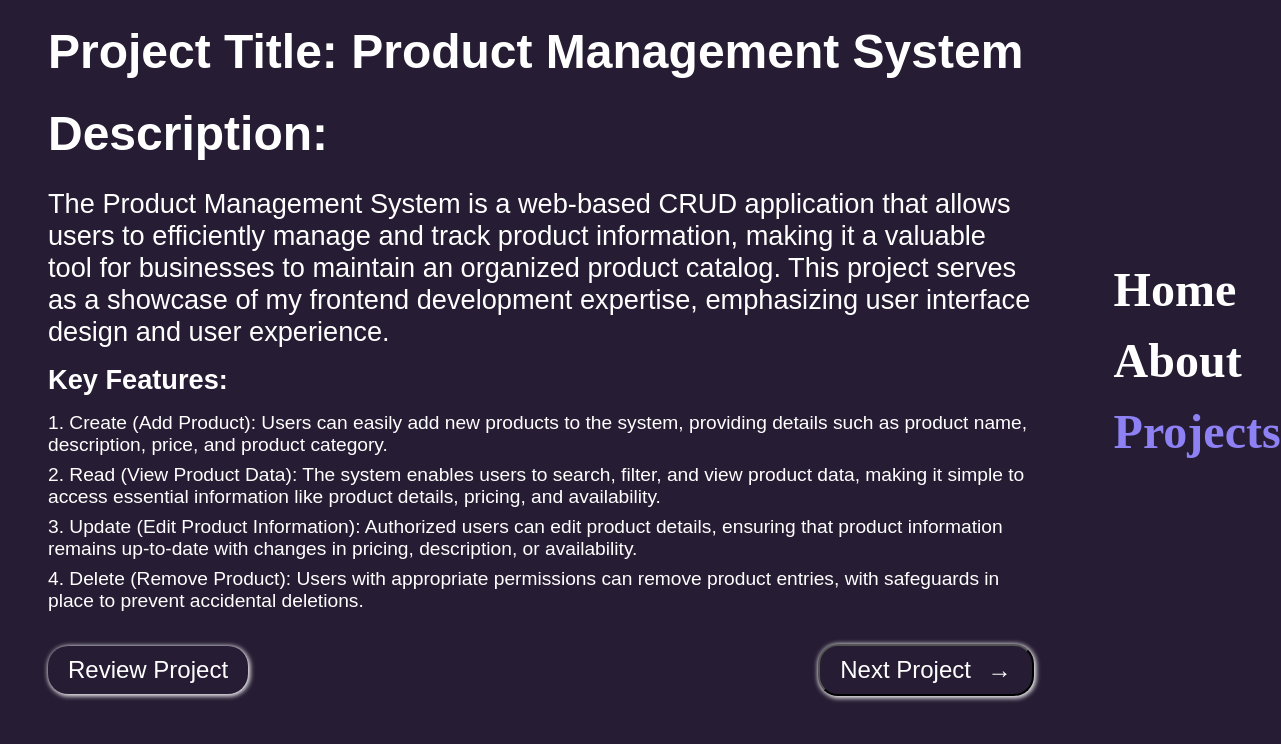
Repository: ahamdy997/portfolio
Page: /projects
An editor plug-in stored every save of this project. The page is shown before and after the next save, followed by the edit.
The browser window is 1280 px wide. The page is 1281 px wide, so the pictures cover 1281 px, including what lies to the right of the window. The pictures show the whole page.
The project was rebuilt for these pictures with package versions that can differ from the ones it lists, and the page was loaded fresh each time. Also part of the build but not shown: vue.config.js, src/components/HelloWorld.vue, src/views/HomeView.vue.

Above is the page before, as saved 2023-11-06 02:01:13.

### src/App.vue
<template>
  <div class="flex">
    <router-view />
    <header>
      <nav>
        <router-link to="/">Home</router-link>
        <router-link to="/about">About</router-link>
        <router-link to="/projects">Projects</router-link>
      </nav>
    </header>
  </div>
</template>

<style>
* {
  box-sizing: border-box;
  padding: 0;
  margin: 0;
}
#app {
  width: 100%;
  height: 100vh;
  display: flex;
  align-items: center;
  justify-content: space-between;
  text-align: center;
}
.flex {
  display: flex;
  align-items: center;
  justify-content: space-between;
  padding: 3rem;
  gap: 5rem;
  width: 100%;
}
header {
  font-size: 1.7rem;
  width: 10%;
}

nav {
  text-align: center;
  display: flex;
  flex-direction: column;
  gap: 1rem;
  margin-right: 1.5rem;
}
body {
  font-family: sans-serif;
  background: #261c33;
  /* background: yellow; */
  color: #fff;
}
nav a {
  font-family: serif;
  font-weight: bold;
  color: #fff;
  text-decoration: none;
  font-size: 3rem;
  transition: all 0.2s;
}
nav a:hover {
  font-style: italic;
  transform: translateX(10px);
}

nav a.router-link-exact-active {
  color: #8d81f3;
}
</style>

### src/router/index.js
import { createRouter, createWebHistory } from "vue-router";
import HomeView from "../views/HomeView.vue";

const routes = [
  {
    path: "/",
    name: "home",
    component: HomeView,
  },
  {
    path: "/about",
    name: "about",
    // route level code-splitting
    // this generates a separate chunk (about.[hash].js) for this route
    // which is lazy-loaded when the route is visited.
    component: () =>
      import(/* webpackChunkName: "about" */ "../views/AboutView.vue"),
  },
  {
    path: "/projects",
    name: "project",
    // route level code-splitting
    // this generates a separate chunk (about.[hash].js) for this route
    // which is lazy-loaded when the route is visited.
    component: () =>
      import(/* webpackChunkName: "about" */ "../views/ProjectView.vue"),
  },
];

const router = createRouter({
  history: createWebHistory(process.env.BASE_URL),
  routes,
});

export default router;

### src/views/ProjectView.vue
<template>
  <div>
    <component :is="component"></component>
    <div class="view">
      <a href="https://ahamdy997.github.io/CRUDS-System/" target="_blank"
        >Review Project</a
      >
      <div class="control">
        <button type="button" @click="controlComponent">
          Next Project <span>&rarr;</span>
        </button>
      </div>
    </div>
  </div>
</template>
<style scoped>
.view {
  display: flex;
  justify-content: space-between;
  align-items: center;
}
button,
a {
  background-color: #261c33;
  margin-top: 1.5rem;
  padding: 10px 20px;
  color: white;
  box-shadow: 1px 1px 5px 1px white;
  border-radius: 20px;
  cursor: pointer;
  text-decoration: none;
  transition: all 0.5s;
  /* font-weight: bold; */
  font-size: 1.5rem;
}
button:hover {
  transform: translateX(10px);
}
a:hover {
  transform: translateY(5px);
}
span {
  margin-left: 10px;
}
</style>

<script>
import CRUD from "../components/TheCRUD.vue";
import Bankist from "../components/TheWeather.vue";
export default {
  components: { CRUD, Bankist },
  data() {
    return {
      counter: 0,
      component: "CRUD",
    };
  },
  methods: {
    controlComponent() {
      this.counter++;
      if (this.counter === 1) {
        this.component = "Bankist";
      }
    },
  },
};
</script>

### src/components/TheCRUD.vue
<template>
  <div>
    <h2>Project Title: Product Management System</h2>
    <h2>Description:</h2>
    <p>
      The Product Management System is a web-based CRUD application that allows
      users to efficiently manage and track product information, making it a
      valuable tool for businesses to maintain an organized product catalog.
      This project serves as a showcase of my frontend development expertise,
      emphasizing user interface design and user experience.
    </p>
    <ol>
      <h3>Key Features:</h3>
      <li>
        Create (Add Product): Users can easily add new products to the system,
        providing details such as product name, description, price, and product
        category.
      </li>
      <li>
        Read (View Product Data): The system enables users to search, filter,
        and view product data, making it simple to access essential information
        like product details, pricing, and availability.
      </li>
      <li>
        Update (Edit Product Information): Authorized users can edit product
        details, ensuring that product information remains up-to-date with
        changes in pricing, description, or availability.
      </li>
      <li>
        Delete (Remove Product): Users with appropriate permissions can remove
        product entries, with safeguards in place to prevent accidental
        deletions.
      </li>
    </ol>
  </div>
</template>

<style>
div {
  text-align: left;
}

h2 {
  margin-bottom: 1.7rem;
  font-size: 3rem;
}
p {
  font-size: 1.7rem;
  margin-bottom: 1rem;
}
h3 {
  margin-bottom: 1rem;
  font-size: 1.7rem;
}

li {
  list-style-position: inside;
  font-size: 1.2rem;
  margin-bottom: 0.5rem;
}
</style>

### src/components/TheWeather.vue
<template>
  <div>
    <h2>Project Title: Bankist</h2>
    <h2>Description:</h2>
    <p>
      The Online Bank System Frontend is a critical component of a comprehensive
      online banking platform, designed to provide customers with a secure,
      intuitive, and user-friendly interface for managing their financial
      accounts. As a frontend developer, this project showcases my expertise in
      creating polished and responsive web interfaces for the financial sector.
    </p>
    <ol>
      <h3>Key Features:</h3>
      <li>
        <strong>Account Overview:</strong> Users can easily view their account
        balances, transaction history, and recent activity on the dashboard,
        offering a clear snapshot of their financial status.
      </li>
      <li>
        <strong>Transfers and Payments:</strong> The application enables
        customers to transfer funds between accounts, make bill payments, and
        manage recurring transactions efficiently, and ask for loan.
      </li>
      <li>
        <strong>Account Management: </strong>Users have the ability to open
        update personal information, and close accounts through a user-friendly
        and intuitive interface. (Opening Accounts Feature Will Be Added Soon)
      </li>
    </ol>

    <p>For Now you can test the application with those accounts</p>
    <ul>
      <li>username: ah password:6666</li>
      <li>
        username: js password:1111 "Portuguese account so the date and time
        written in Portuguese defined through API "
      </li>
      <li>username: sz password:5555</li>
    </ul>
  </div>
</template>
<style>
img {
  width: 100%;
}
div {
  text-align: left;
}

h2 {
  margin-bottom: 1.7rem;
  font-size: 3rem;
}
p {
  font-size: 1.7rem;
  margin-bottom: 1rem;
}
h3 {
  margin-bottom: 1rem;
  font-size: 1.7rem;
}

li {
  list-style-position: inside;
  font-size: 1.2rem;
  margin-bottom: 0.5rem;
}
</style>

Loaded but not shown: public/index.html (common file); src/main.js (common file)

After the next save:
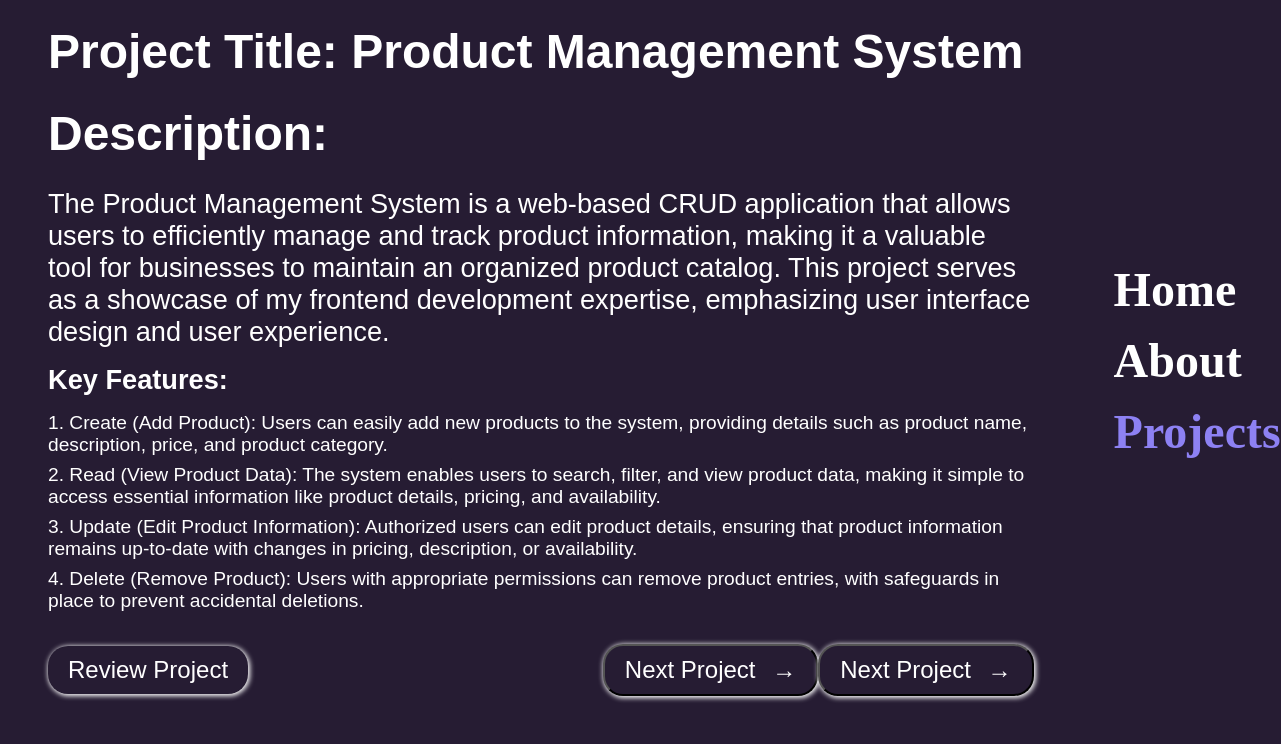
Saved 61 s later.
--- a/src/views/ProjectView.vue
+++ b/src/views/ProjectView.vue
@@ -7,6 +7,9 @@
       >
       <div class="control">
         <button type="button" @click="controlComponent">
+          Next Project <span>&rarr;</span>
+        </button>
+        <button type="button" @click="counter--">
           Next Project <span>&rarr;</span>
         </button>
       </div>
